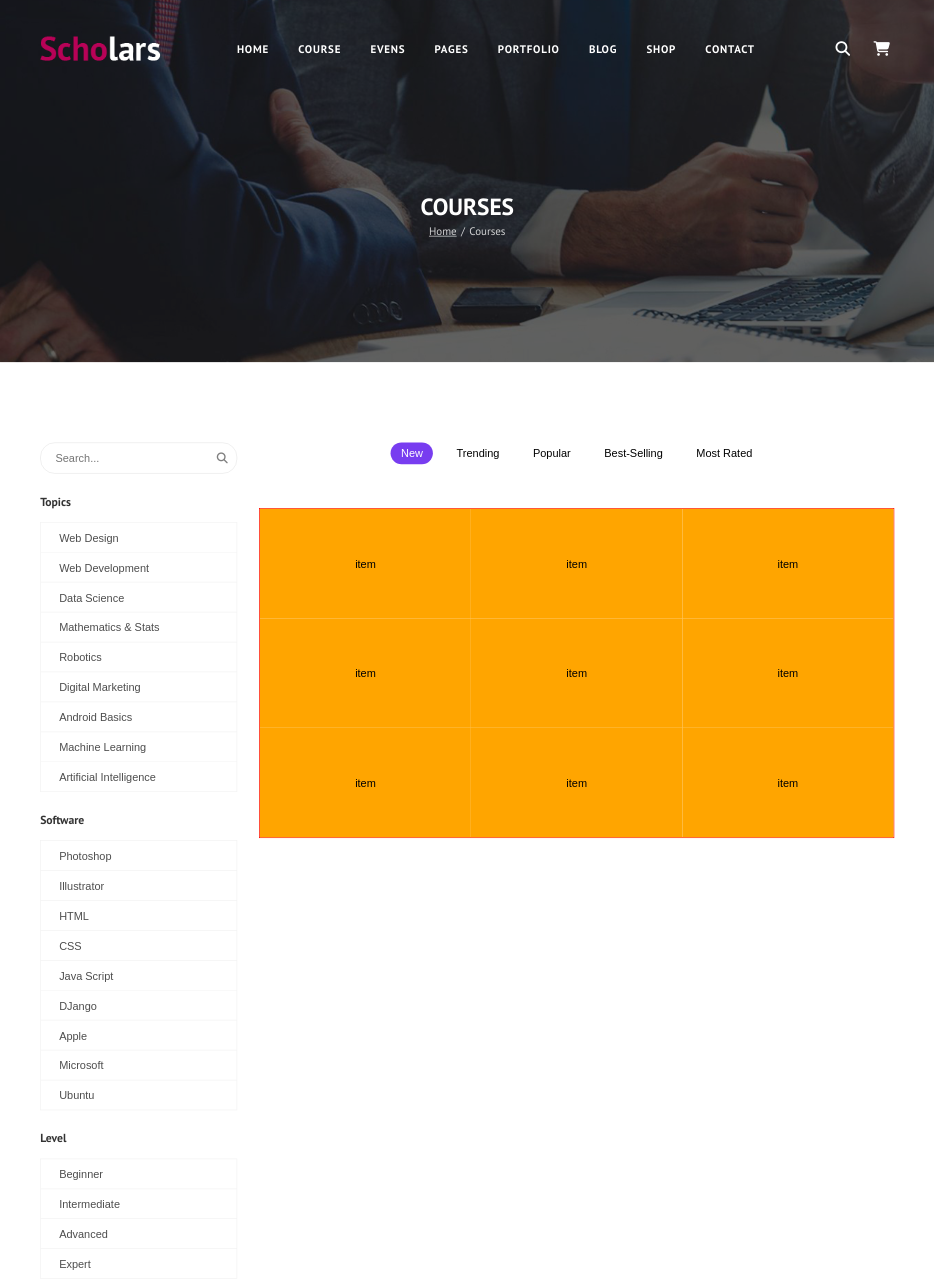
Repository: lannguyen1301/f8-zoom-day-7
Page: index.html
These files come from the project's save history. The page is drawn as it stood at one moment and after the next save; the edit follows.
The browser window is 1280 px wide. The pictures show the whole page, at 73% of full size.
Some web fonts or font styles are not loaded; a fallback is used.

Above is the page before, as saved 2025-04-24 23:55:03.

### index.html
<!DOCTYPE html>
<html lang="en">

<head>
    <meta charset="UTF-8">
    <meta name="viewport" content="width=device-width, initial-scale=1.0">
    <title>Scholars - Education, University & LMS HTML Template</title>

    <!-- Styles -->
    <link rel="stylesheet" href="./assets/css/reset.css">
    <link rel="stylesheet" href="./assets/css/style.css">

    <!-- Icon Font Awesome -->
    <link rel="stylesheet" href="https://cdnjs.cloudflare.com/ajax/libs/font-awesome/6.7.2/css/all.min.css"
        integrity="sha512-Evv84Mr4kqVGRNSgIGL/F/aIDqQb7xQ2vcrdIwxfjThSH8CSR7PBEakCr51Ck+w+/U6swU2Im1vVX0SVk9ABhg=="
        crossorigin="anonymous" referrerpolicy="no-referrer" />

    <!-- Font -->
    <link rel="preconnect" href="https://fonts.googleapis.com">
    <link rel="preconnect" href="https://fonts.gstatic.com" crossorigin>

    <link
        href="https://fonts.googleapis.com/css2?family=PT+Sans:ital,wght@0,400;0,700;1,400;1,700&family=Source+Sans+3:ital,wght@0,200..900;1,200..900&display=swap"
        rel="stylesheet">
</head>

<body>
    <div class="wrapper">
        <!-- Start header wrapper -->
        <div class="header-wrapper">
            <div class="inner">
                <div class="container header-container">
                    <!-- Start Header -->
                    <div class="header">
                        <!-- logo -->
                        <a href="./">
                            <img src="./assets/img/logo/logo.png" alt="Scholars Logo" class="header-logo">
                        </a>

                        <!-- Start Navigation -->
                        <ul class="nav">
                            <li class="item">
                                <a href="#!" class="link">Home</a>
                            </li>
                            <li class="item">
                                <a href="#!" class="link">Course</a>
                            </li>
                            <li class="item">
                                <a href="#!" class="link">Evens</a>
                            </li>
                            <li class="item">
                                <a href="#!" class="link">pages</a>
                            </li>
                            <li class="item">
                                <a href="#!" class="link">Portfolio</a>
                            </li>
                            <li class="item">
                                <a href="#!" class="link">Blog</a>
                            </li>
                            <li class="item">
                                <a href="#!" class="link">Shop</a>
                            </li>
                            <li class="item">
                                <a href="#!" class="link">Contact</a>
                            </li>
                        </ul>
                        <!-- End Navigation -->

                        <!-- User action -->
                        <div class="action-wrapper">
                            <button class="action-btn">
                                <i class="fa-solid fa-magnifying-glass"></i>
                            </button>
                            <button class="action-btn">
                                <i class="fa-solid fa-cart-shopping"></i>
                            </button>
                        </div>
                    </div>
                    <!-- End Header -->

                    <!-- Start Header Content -->
                    <div class="header-content">
                        <h1 class="heading">COURSES</h1>
                        <ul class="breadcrumb">
                            <li>
                                <a href="#!">Home</a>
                            </li>
                            <li>Courses</li>
                        </ul>
                    </div>
                    <!-- End Header Content -->
                </div>
            </div>
        </div>
        <!-- End header wrapper -->

        <!-- Start main -->
        <div class="main">
            <div class="container">
                <div class="inner">
                    <!-- Start sidebar -->
                    <div class="sidebar">
                        <!-- Start search form -->
                        <form action="" class="search-form" autocomplete="off">
                            <input type="text" name="" id="" placeholder="Search..." spellcheck="false"
                                class="search-input">
                            <button class="search-btn">
                                <i class="fa-solid fa-magnifying-glass"></i>
                            </button>
                        </form>
                        <!-- End search form -->

                        <!-- Start sidebar menu -->
                        <h2 class="menu-title">
                            Topics
                        </h2>
                        <ul class="menu">
                            <li>
                                <a href="#!">Web Design</a>
                            </li>
                            <li>
                                <a href="#!">Web Development</a>
                            </li>
                            <li>
                                <a href="#!">Data Science</a>
                            </li>
                            <li>
                                <a href="#!">Mathematics & Stats</a>
                            </li>
                            <li>
                                <a href="#!">Robotics</a>
                            </li>
                            <li>
                                <a href="#!">Digital Marketing</a>
                            </li>
                            <li>
                                <a href="#!">Android Basics</a>
                            </li>
                            <li>
                                <a href="#!">Machine Learning</a>
                            </li>
                            <li>
                                <a href="#!">Artificial Intelligence</a>
                            </li>
                        </ul>

                        <h2 class="menu-title">
                            Software
                        </h2>
                        <ul class="menu">
                            <li>
                                <a href="#!">Photoshop</a>
                            </li>
                            <li>
                                <a href="#!">Illustrator</a>
                            </li>
                            <li>
                                <a href="#!">HTML</a>
                            </li>
                            <li>
                                <a href="#!">CSS</a>
                            </li>
                            <li>
                                <a href="#!">Java Script</a>
                            </li>
                            <li>
                                <a href="#!">DJango</a>
                            </li>
                            <li>
                                <a href="#!">Apple</a>
                            </li>
                            <li>
                                <a href="#!">Microsoft</a>
                            </li>
                            <li>
                                <a href="#!">Ubuntu</a>
                            </li>
                        </ul>

                        <h2 class="menu-title">
                            Level
                        </h2>
                        <ul class="menu">
                            <li>
                                <a href="#!">Beginner</a>
                            </li>
                            <li>
                                <a href="#!">Intermediate</a>
                            </li>
                            <li>
                                <a href="#!">Advanced</a>
                            </li>
                            <li>
                                <a href="#!">Expert</a>
                            </li>
                        </ul>
                        <!-- End sidebar menu -->
                    </div>
                    <!-- End sidebar -->

                    <!-- Start main content -->
                    <div class="main-content">
                        <!-- Start topics -->
                        <ul class="topics">
                            <li class="active">
                                <a href="#!">New</a>
                            </li>
                            <li>
                                <a href="#!">Trending</a>
                            </li>
                            <li>
                                <a href="#!">Popular</a>
                            </li>
                            <li>
                                <a href="#!">Best-Selling</a>
                            </li>
                            <li>
                                <a href="#!">Most Rated</a>
                            </li>
                        </ul>
                        <!-- End topics -->

                        <!-- Start Courses lisst -->
                        <div class="courses-list">
                            <div class="courses-item">item</div>
                            <div class="courses-item">item</div>
                            <div class="courses-item">item</div>
                            <div class="courses-item">item</div>
                            <div class="courses-item">item</div>
                            <div class="courses-item">item</div>
                            <div class="courses-item">item</div>
                            <div class="courses-item">item</div>
                            <div class="courses-item">item</div>
                        </div>
                        <!-- End Courses lisst -->
                    </div>
                    <!-- End main content -->
                </div>
            </div>
        </div>
        <!-- End main -->
    </div>

</body>

</html>

### assets/css/style.css
*,
::before,
::after {
    box-sizing: border-box;
}

:root {
    --heading-font: "PT Sans", sans-serif;
    --black: #000;
    --white: #fff;
    --primary: #b80257;
    --secondary: #783df0;
}

html {
    font-size: 62.5%;
}

body {
    scroll-behavior: smooth;
    font-family: "Source Sans 3", sans-serif;
    font-size: 1.5rem;
}

h1,
h2,
h3,
h4,
h5,
h6 {
    font-family: var(--heading-font);
    font-weight: 700;
}

input,
button {
    border: none;
    outline: none;
    background: transparent;
    cursor: pointer;
}

a,
img,
button,
input,
textarea,
select {
    font-size: inherit;
    font-family: inherit;
    color: inherit;
    -webkit-tap-highlight-color: transparent;
    /**
        Thuộc tính -webkit-tap-highlight-color được sử dụng trong CSS
        để kiểm soát hiệu ứng highlight (màu nhấp nháy) khi người dùng chạm vào
        một phần tử trên các thiết bị di động sử dụng trình duyệt WebKit (Safari, Chrome trên iOS).
    **/
}

.container {
    width: 1170px;
    max-width: 100%;
    margin: 0 auto;
}

/* Start header wrapper */
.header-wrapper {
    display: flex;
    width: 100%;
    min-height: 496px;
    background-image: url(../img/banner/banner-2.jpg);
    background-repeat: no-repeat;
    background-size: cover;
    background-position: center;
}

.header-wrapper .inner {
    display: flex;
    width: 100%;
    background: rgba(0, 0, 0, 0.6);
}

.header-container {
    display: flex;
    flex-direction: column;
}

.header {
    display: flex;
    align-items: center;
    justify-content: space-between;
    padding-top: 40px;
}

.header-content {
    display: flex;
    flex-direction: column;
    align-items: center;
    justify-content: center;
    gap: 10px;
    flex-grow: 1;
    color: var(--white);
}

.header .nav {
    display: flex;
}

.nav a {
    display: inline-block;
    padding: 20px;
    color: var(--white);
    text-transform: uppercase;
    text-decoration: none;
    font-family: var(--heading-font);
    font-weight: 700;
    font-size: 1.5rem;
    letter-spacing: 1.1px;
}

.action-wrapper {
    display: flex;
    align-items: center;
    justify-content: center;
    gap: 20px;
}

.action-btn {
    font-size: 2rem;
    color: var(--white);
}

h1.heading {
    font-size: 3.2rem;
}

.breadcrumb {
    display: flex;
    font-family: var(--heading-font);
    font-size: 1.5rem;
    color: #fffc;
}

.breadcrumb li + li::before {
    content: "/";
    padding: 0 6px;
}

/* Start main */
.main {
    margin-top: 110px;
}

.main .inner {
    display: flex;
    gap: 30px;
}

/* Start sidebar */
.sidebar {
    width: 270px;
}

.search-form {
    display: flex;
    align-items: center;
    height: 43px;
    border: 1px solid #00000017;
    border-radius: 20px;
    overflow: hidden;
}

.search-input {
    flex-grow: 1;
    padding-left: 20px;
}

.search-input:not(:placeholder-shown) + .search-btn {
    color: #333;
}

.search-btn {
    padding: 0 20px;
    /* height: 100%; */
    align-self: stretch;
    color: #00000080;
}

.menu-title {
    margin-top: 30px;
    color: #333;
    font-size: 1.6rem;
}

ul.menu {
    margin-top: 20px;
    border: 1px solid #0000000d;
}

ul.menu li + li {
    border-top: 1px solid #0000000d;
}

.menu a {
    display: flex;
    align-items: center;
    height: 40px;
    padding: 0 25px;
    color: #000000b3;
    text-decoration: none;
}

.menu a:hover {
    color: var(--secondary);
}

.main .main-content {
    flex-grow: 1;
}

/* Topics */
.topics {
    display: flex;
    gap: 18px;
    justify-content: center;
}

.topics a {
    display: inline-block;
    height: 30px;
    padding: 0 14px;
    border-radius: 999px;
    text-decoration: none;
    line-height: 30px;
}

.topics .active a,
.topics a:hover {
    background: var(--secondary);
    /* border-radius: 999px; */
    color: var(--white);
}

/* Courses list */
.courses-list {
    display: flex;
    flex-wrap: wrap;
    margin-top: 60px;
    border: 1px solid red;
}

.courses-item {
    display: flex;
    align-items: center;
    justify-content: center;
    width: 33.333%;
    min-height: 150px;
    background: orange;
}

Loaded but not shown: assets/css/reset.css (common file)

After the next save:
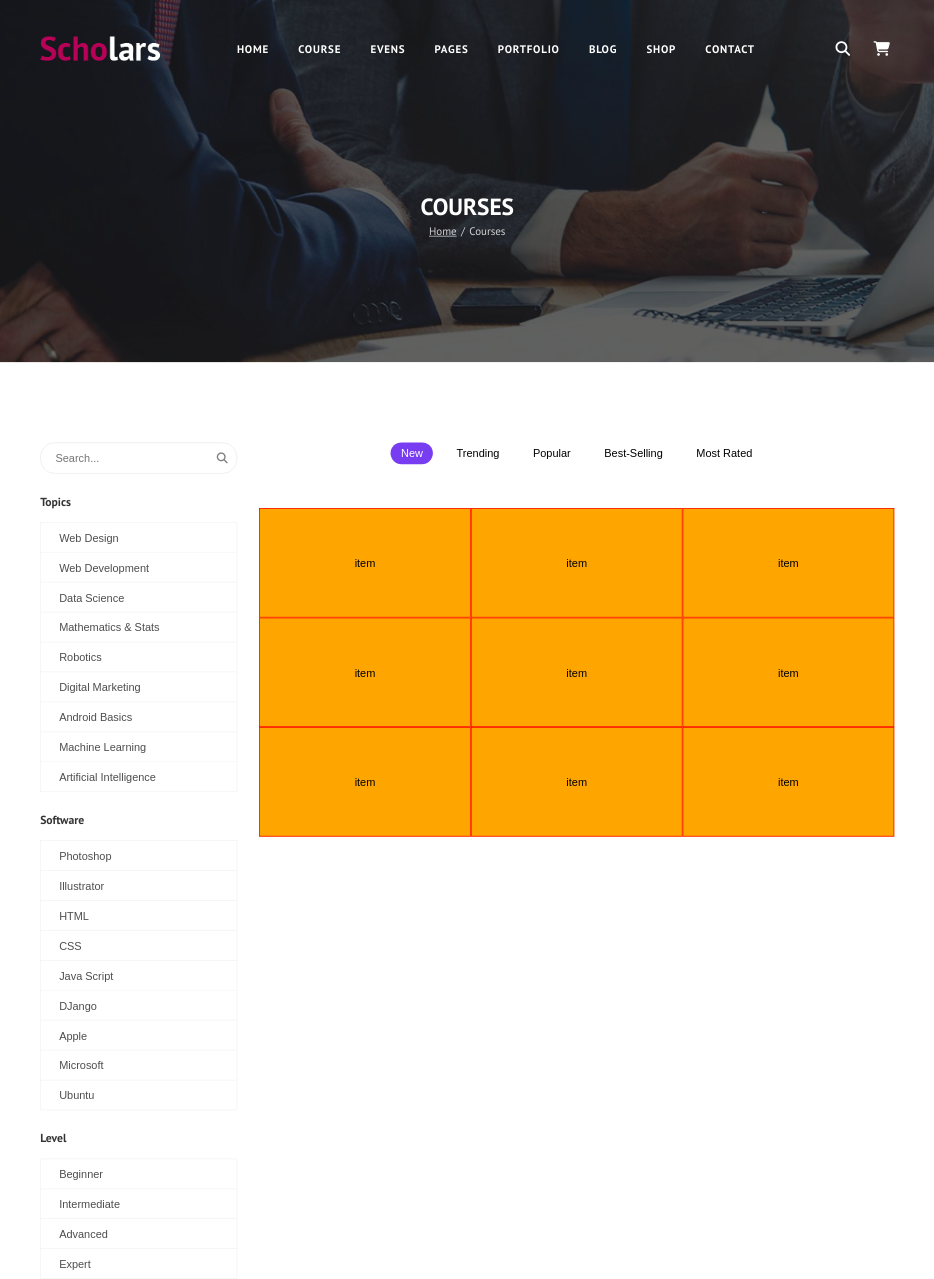
Saved 5 s later.
--- a/assets/css/style.css
+++ b/assets/css/style.css
@@ -246,7 +246,6 @@ ul.menu li + li {
     display: flex;
     flex-wrap: wrap;
     margin-top: 60px;
-    border: 1px solid red;
 }
 
 .courses-item {
@@ -256,4 +255,5 @@ ul.menu li + li {
     width: 33.333%;
     min-height: 150px;
     background: orange;
-}
+    border: 1px solid red;
+}
